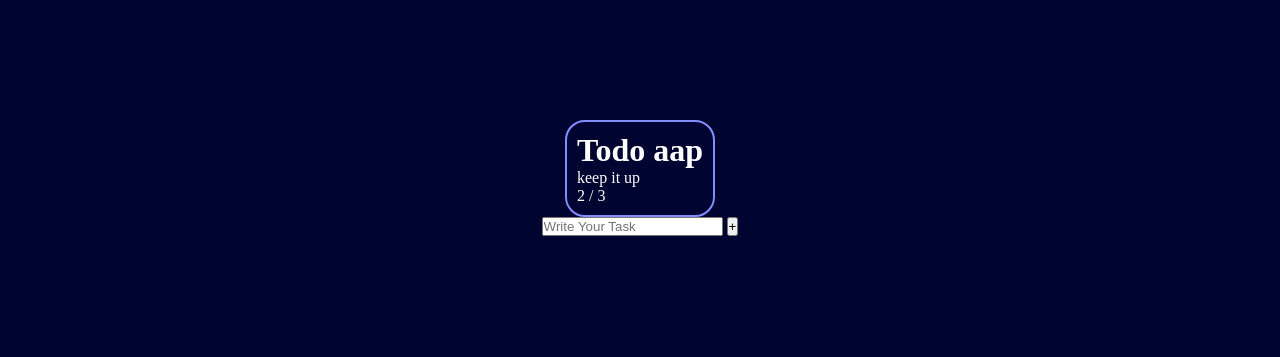
Repository: rajkapoor763-arch/first-work
Page: index.html
These files come from the project's save history. The page is drawn as it stood at one moment and after the next save; the edit follows.
The browser window is 1280 px wide. The pictures show the whole page.

Above is the page before, as saved 2025-09-15 20:56:27.

### index.html
<!DOCTYPE html>
<html lang="en">
<head>
    <meta charset="UTF-8">
    <meta name="viewport" content="width=device-width, initial-scale=1.0">
    <title>TO DO LIST</title>
    <link rel="stylesheet" href="style.css">
</head>
<body>
    <div class="container">
        <div class="stats-container">
            <div class="details">
                <h1>Todo aap</h1>
                <p>keep it up</p>
                <div id="progressbar">
                    <div id="progress"></div>


                </div>

            </div>

         <div class="stats-number">
            <p id="numbers">2 / 3</p>
        </div>
    </div>
    <form action="">
        <input type="text" placeholder="Write Your Task">
        <button type="submit">+</button>
    </form>
    <ul class="task-list"></ul>
</div>
<script src="app.js"></script>

</body>
</html>

### style.css
*{
    margin:0;
    padding:0;
    box-sizing:border-box;
}
:root{
    --background:#000430;
    --secondarybackground:#171c48;
    --text:#fff;
    --purple:#828dff;
    --teal:#24feee;
}
body{
    background-color:var(--background);
    color:var(--text);
}
.container{
    display:flex;
    flex-direction:column;
    align-items:center;
    justify-content:center;
    margin-top:120px;
}
.stats-container{
    padding:10px;
    border-radius:20px;
    border:2px solid var(--purple);

}

Loaded but not shown: app.js (no copy from this time; the picture is the same without it)

After the next save:
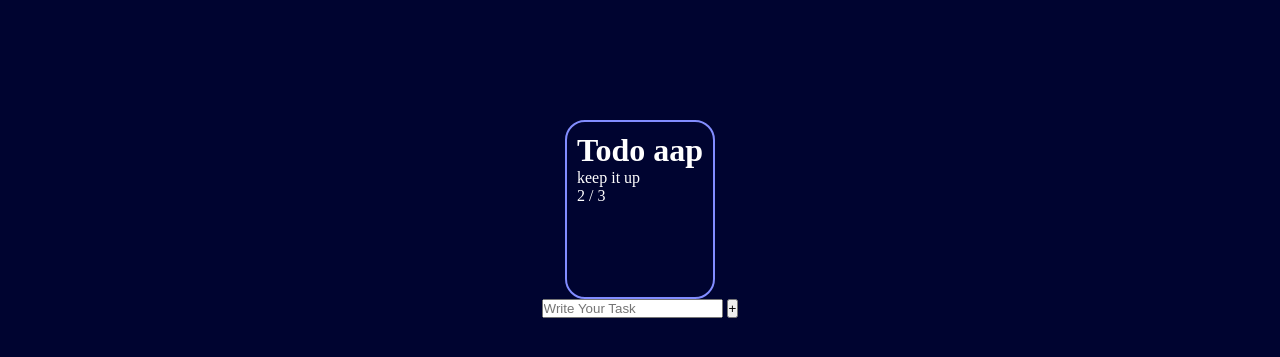
Saved 80 s later.
--- a/style.css
+++ b/style.css
@@ -27,3 +27,8 @@ body{
     border:2px solid var(--purple);
 
 }
+#numbers{
+    width:100px;
+    height:100px;
+    background-color: var(--pink);
+}
